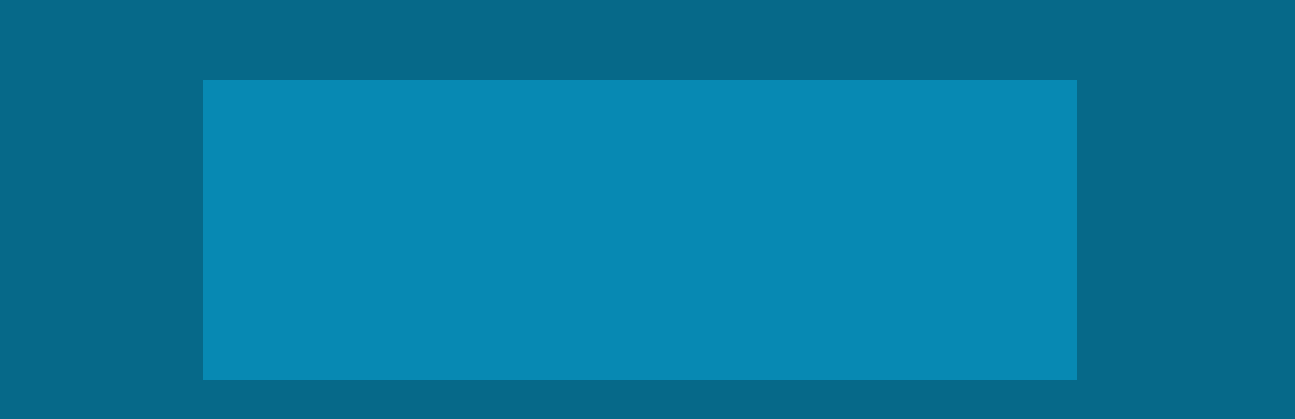
Repository: moiz9265/stopwatch
Page: index.html
These files come from the project's save history. The page is drawn as it stood at one moment and after the next save; the edit follows.
The browser window is 1280 px wide. The page is 1295 px wide, so the pictures cover 1295 px, including what lies to the right of the window. The pictures show the whole page.

Above is the page before, as saved 2020-07-09 22:49:52.

After the next save:
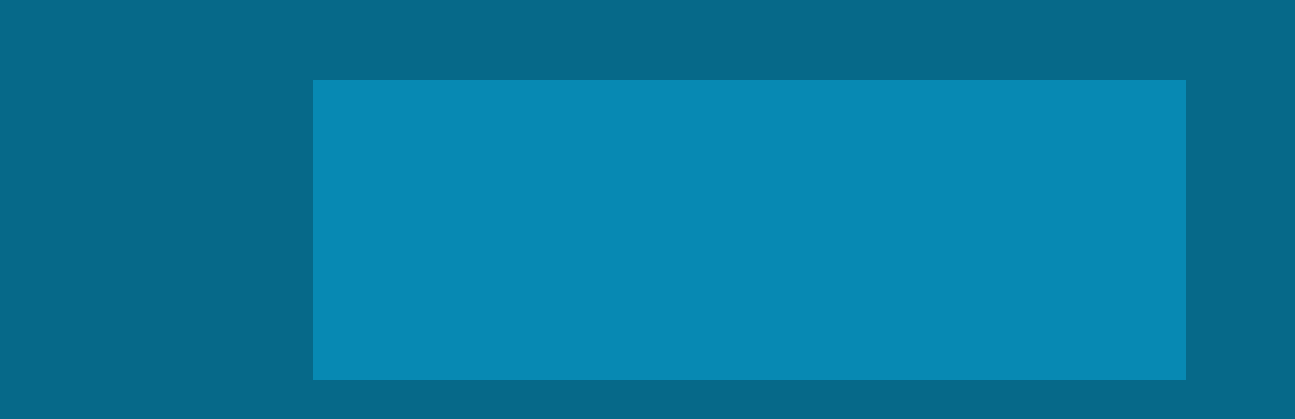
Saved 10 s later.
--- a/index.html
+++ b/index.html
@@ -13,7 +13,7 @@
   <body>
       <!-- <h1  style="text-align: center;">Stop Watch</h1> -->
         <div class="row" style="margin-top: 80px;">
-            <div class="col-md-2">
+            <div class="col-md-3">
 
             </div>
             <div id="maindiv" class="col-sm-12 col-md-8">
